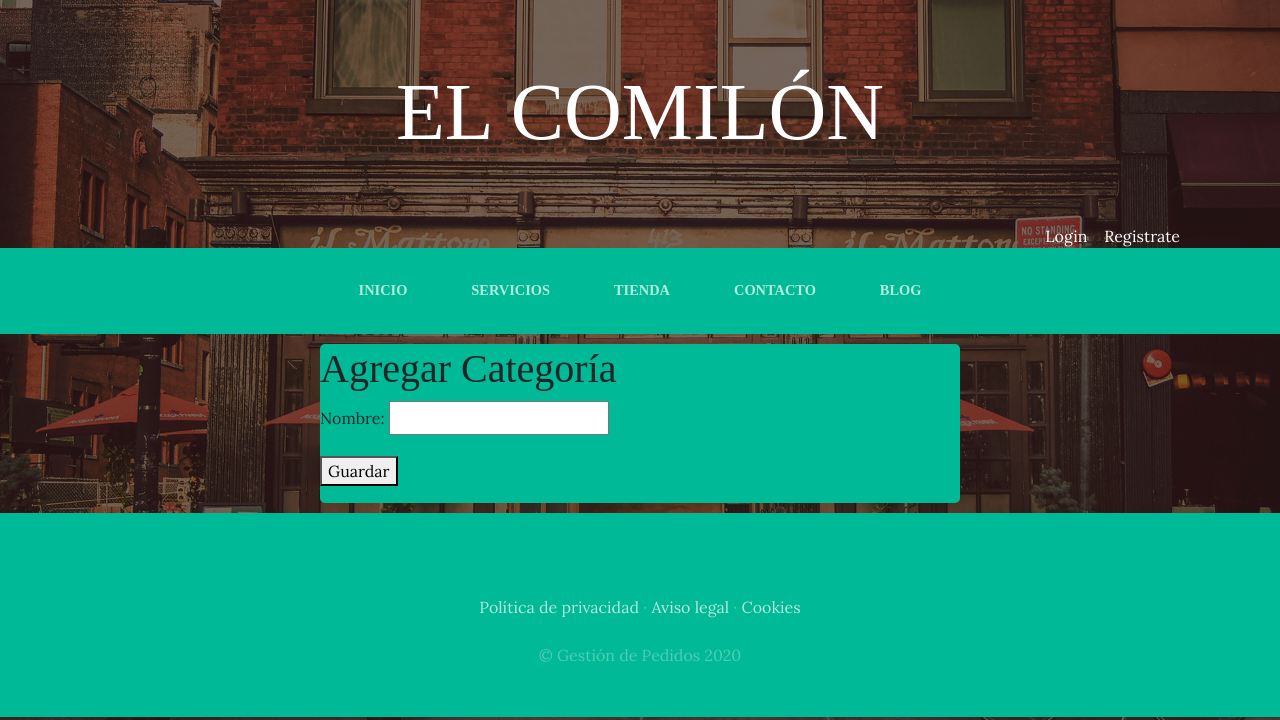
Repository: MatLarrea/Entrega_Elcomilon
Page: http://localhost/tienda/agregar_categoria/
The author's editor kept a copy of each file at every save. The page is drawn from the files as they stood at one save, then again after the next save.
The browser window is 1280 px wide. The pictures show the whole page.
Some web fonts or font styles are not loaded; a fallback is used. The page is served by the project's application, run on Django 5.2 (manage.py).

Above is the page before, as saved 2024-07-11 21:51:56.
Console error: TypeError: Cannot read properties of null (reading 'addEventListener')

After the next save:
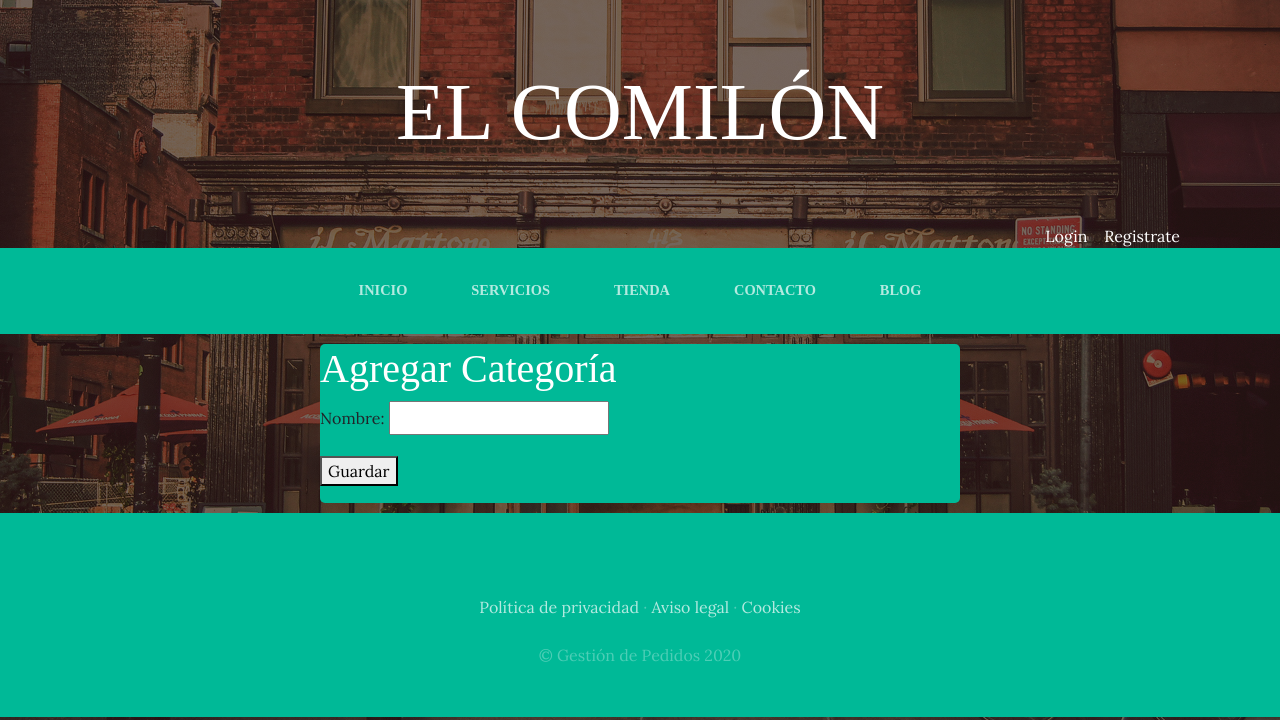
Saved 67 s later.
--- a/TiendaApp/templates/tienda/agregar_categoria.html
+++ b/TiendaApp/templates/tienda/agregar_categoria.html
@@ -5,7 +5,7 @@
 
 {% block content %}
 <div class="formularioContacto">
-    <h1>Agregar Categoría</h1>
+    <h1 style="color: white;">Agregar Categoría</h1>
     <form method="post">
         {% csrf_token %}
         {{ form.as_p }}
